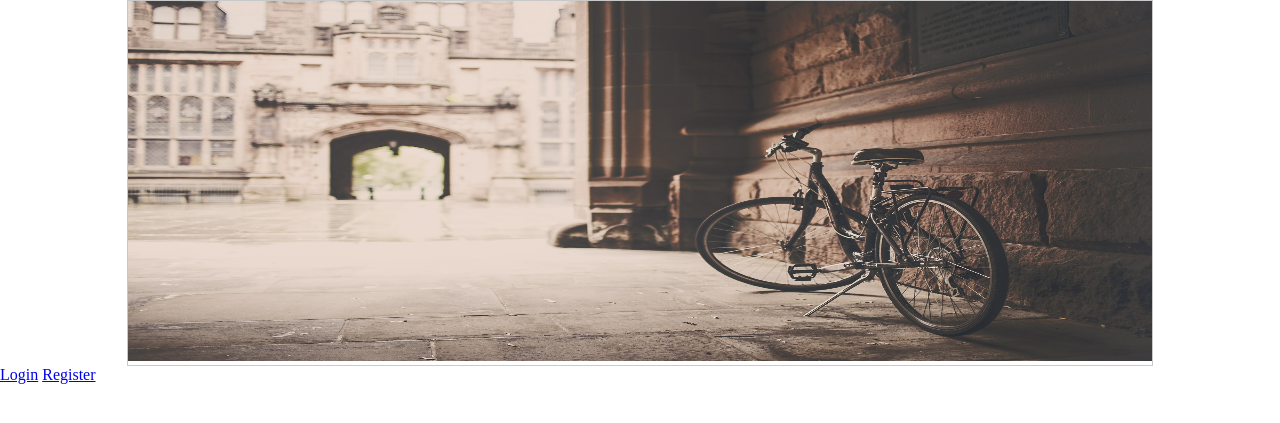
Repository: PatryxB/bikeService
Page: http://localhost/
An editor plug-in stored every save of this project. The page is shown before and after the next save, followed by the edit.
The browser window is 1280 px wide. The pictures show the whole page.
The page is served by the project's Laravel application, run on PHP 8.4 with Laravel 8. Style sheets and scripts are compiled from the project's sources, by tool versions that may differ from the author's.

Above is the page before, as saved 2020-05-01 13:40:05.

After the next save:
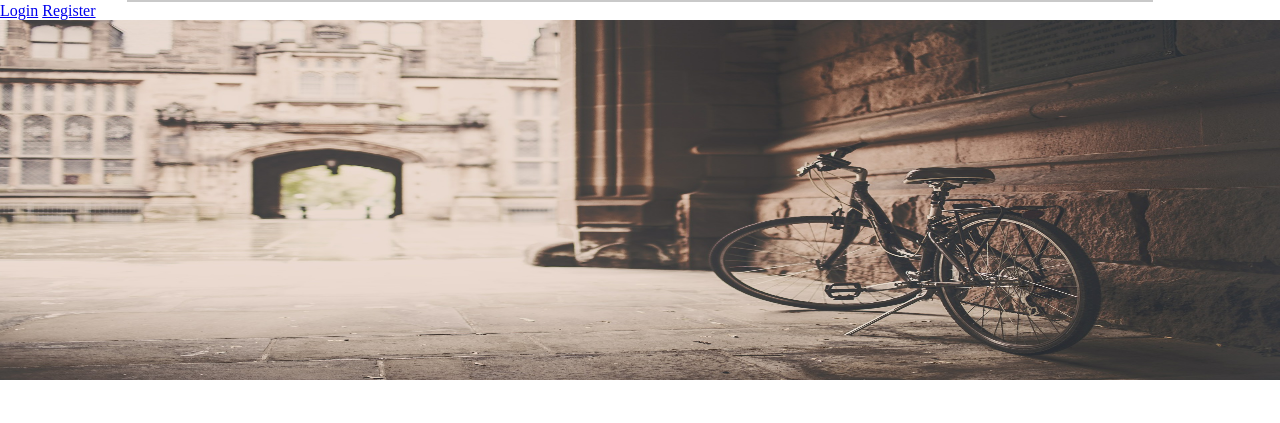
Saved 34 s later.
--- a/resources/views/welcome.blade.php
+++ b/resources/views/welcome.blade.php
@@ -14,10 +14,10 @@
         <div class="container">
             @extends('layouts.app')
             @section('content')
-            @endsection
             <div class="banner">
                 <img src="{{asset('/img/bikebanner.jpg')}}" alt="">
             </div>
+            @endsection
         </div>
 
     </body>
